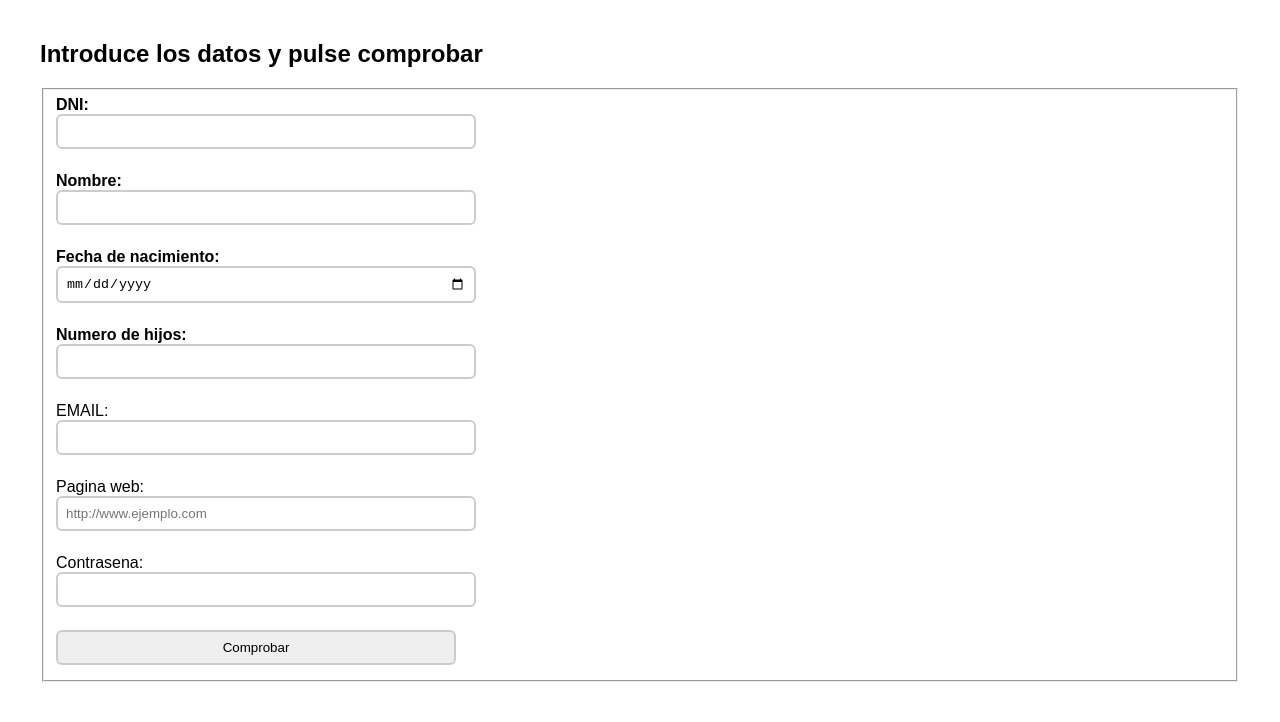
Repository: KoTvTrysaX01/2DAW-Desarrollo-WEB-en-Entorno-Cliente
Page: JAVASCRIPT/UD2/practica5/Actividad1/index.html
An editor plug-in stored every save of this project. The page is shown before and after a run of saves, followed by the edit.
The browser window is 1280 px wide. The pictures show the whole page.

Above is the page before, as saved 2025-11-01 17:31:40.

After the next 2 saves:
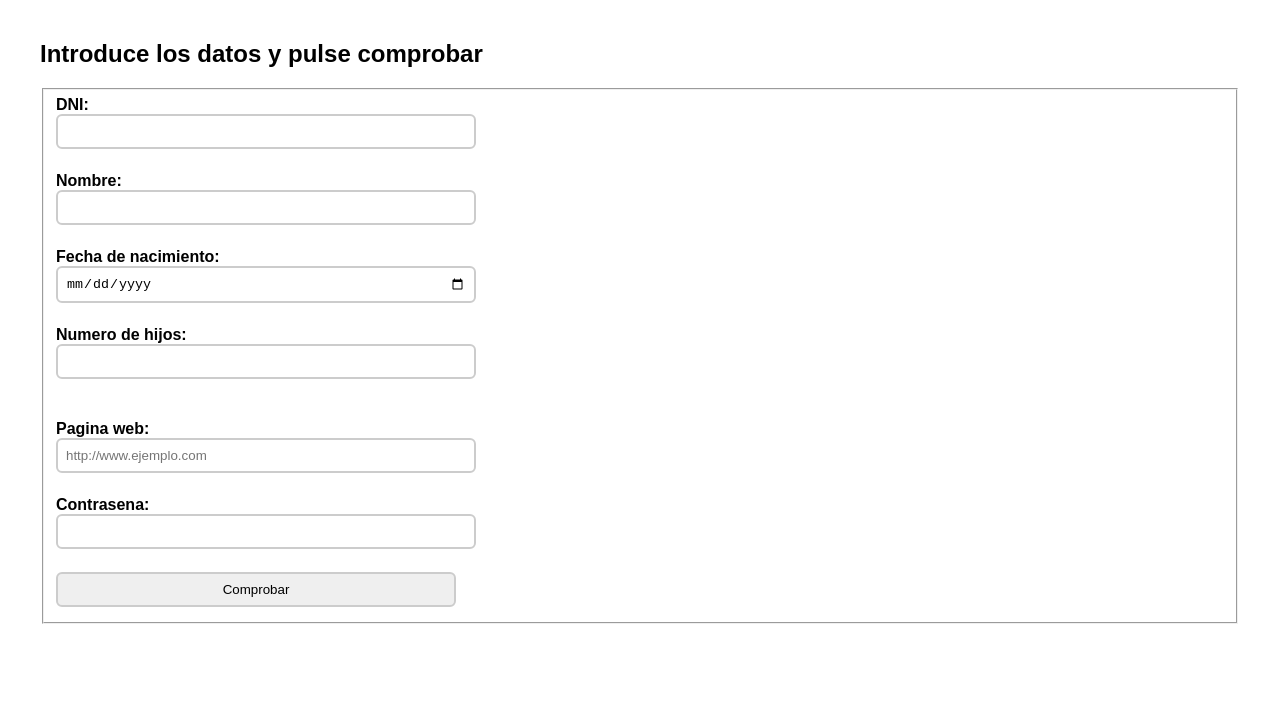
The 2 saves are shown as one change because they came seconds apart.
The last was saved 10 s later.
--- a/JAVASCRIPT/UD2/practica5/Actividad1/index.html
+++ b/JAVASCRIPT/UD2/practica5/Actividad1/index.html
@@ -16,6 +16,7 @@
          <input id="fecha" type="date" name="fecha" ><br>
          <label for="hijos">Numero de hijos:</label>
          <input type="number" name="hijos" id = "hijos" min = "0"><br>
+         <label for
         EMAIL: <input id = "email" type="text" name="email" ><br>
         Pagina web: <input type="url" name="web" id = "pagina" placeholder="http://www.ejemplo.com" required><br>
         Contrasena: <input type="text" name="contrasena" id = "password" ><br>

After the 5 saves that followed:
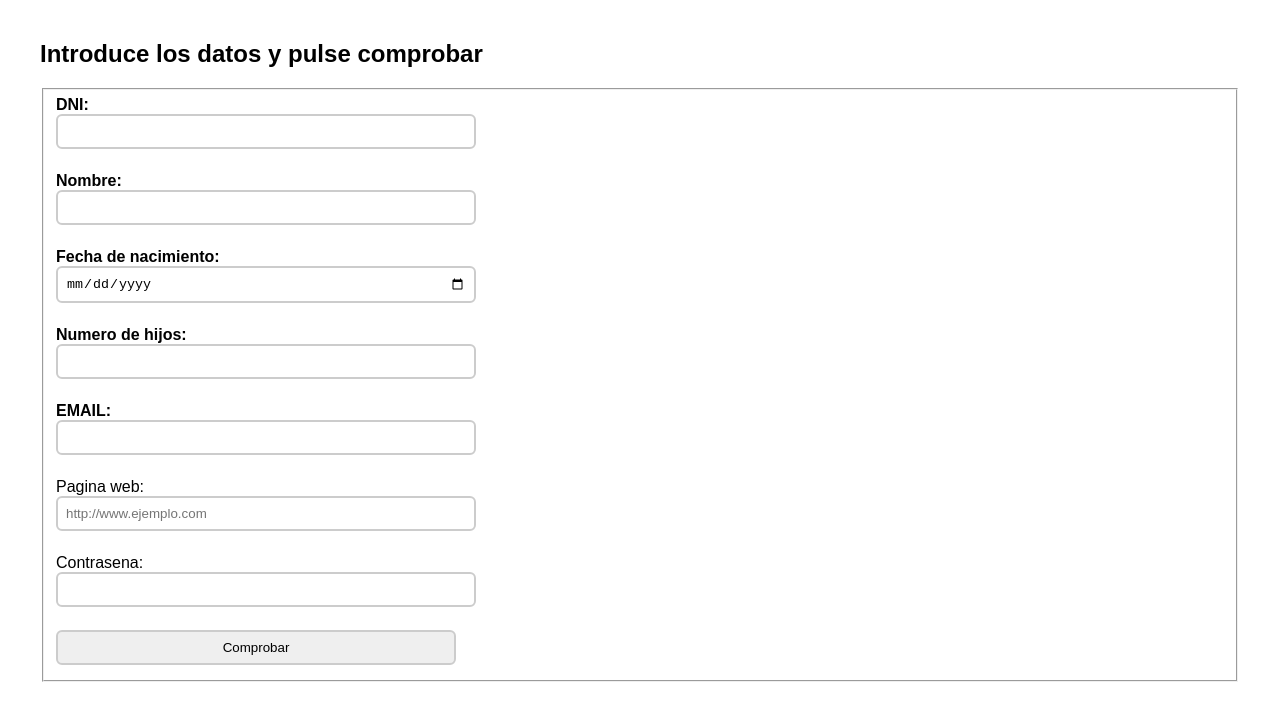
The 5 saves are shown as one change because they came seconds apart.
The last was saved 13 s later.
--- a/JAVASCRIPT/UD2/practica5/Actividad1/index.html
+++ b/JAVASCRIPT/UD2/practica5/Actividad1/index.html
@@ -16,8 +16,8 @@
          <input id="fecha" type="date" name="fecha" ><br>
          <label for="hijos">Numero de hijos:</label>
          <input type="number" name="hijos" id = "hijos" min = "0"><br>
-         <label for
-        EMAIL: <input id = "email" type="text" name="email" ><br>
+         <label for = "email"> EMAIL:</label>
+        <input id = "email" type="text" name="email" ><br>
         Pagina web: <input type="url" name="web" id = "pagina" placeholder="http://www.ejemplo.com" required><br>
         Contrasena: <input type="text" name="contrasena" id = "password" ><br>
         <input type="submit" value = "Comprobar">
